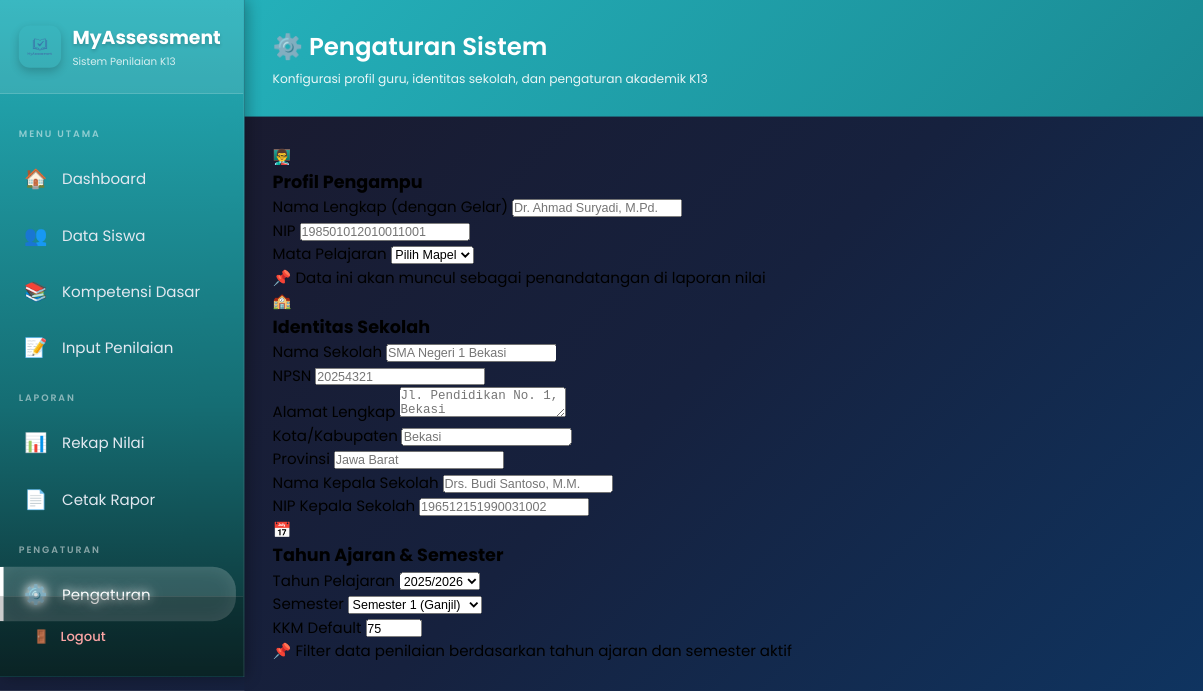
Repository: Ws529/MyAssassment_Final
Page: MyAssessment/wwwroot/pengaturan.html
An editor plug-in stored every save of this project. The page is shown before and after the next save, followed by the edit.
The browser window is 1280 px wide. The pictures show the whole page, at 94% of full size.

Above is the page before, as saved 2026-01-01 16:46:06.

### MyAssessment/wwwroot/pengaturan.html
<!DOCTYPE html>
<html lang="id">
<head>
    <meta charset="utf-8" />
    <meta name="viewport" content="width=device-width, initial-scale=1.0" />
    <title>Pengaturan - My Assessment K13</title>
    <link href="https://fonts.googleapis.com/css2?family=Poppins:wght@300;400;500;600;700&display=swap" rel="stylesheet">
    <style>
        * { margin: 0; padding: 0; box-sizing: border-box; }
        body { font-family: 'Poppins', sans-serif; background: linear-gradient(135deg, #1a1a2e 0%, #16213e 50%, #0f3460 100%); min-height: 100vh; }
        .app-container { display: flex; min-height: 100vh; }

        /* Sidebar - Deep Ocean Drive Theme */
        .sidebar { width: 260px; background: linear-gradient(180deg, #24b0ba 0%, #156d73 60%, #0d2c2e 100%); color: #e2e8f0; position: fixed; height: 100vh; overflow-y: auto; z-index: 100; border-right: 1px solid rgba(255, 255, 255, 0.1); box-shadow: 4px 0 15px rgba(0, 0, 0, 0.3); }
        .sidebar-header { padding: 25px 20px; display: flex; align-items: center; gap: 12px; border-bottom: 1px solid rgba(255,255,255,0.15); background: rgba(255,255,255,0.1); }
        .sidebar-header img { width: 45px; height: 45px; border-radius: 12px; box-shadow: 0 4px 10px rgba(0,0,0,0.2); }
        .sidebar-header h2 { font-size: 20px; font-weight: 700; color: #fff; text-shadow: 0 2px 4px rgba(0,0,0,0.2); }
        .sidebar-header span { font-size: 11px; color: rgba(255,255,255,0.8); display: block; margin-top: 2px; }
        .sidebar-menu { padding: 20px 0; }
        .menu-label { padding: 15px 20px 8px; font-size: 10px; text-transform: uppercase; color: rgba(255,255,255,0.5); letter-spacing: 2px; font-weight: 600; }
        .menu-item { display: flex; align-items: center; gap: 14px; padding: 14px 20px; color: #e2e8f0; text-decoration: none; transition: all 0.3s ease; border-left: 4px solid transparent; margin: 2px 8px 2px 0; border-radius: 0 25px 25px 0; }
        .menu-item:hover { background: rgba(255, 255, 255, 0.1); color: #ffffff; border-left-color: rgba(255, 255, 255, 0.5); }
        .menu-item.active { background: rgba(255, 255, 255, 0.15); border-left-color: #ffffff; color: #ffffff; text-shadow: 0 0 10px #ffffff, 0 0 20px rgba(255,255,255,0.5); box-shadow: inset 0 0 20px rgba(255,255,255,0.1); }
        .menu-item .icon { font-size: 20px; width: 28px; text-align: center; }
        .sidebar-footer { position: absolute; bottom: 0; width: 100%; padding: 20px; border-top: 1px solid rgba(255,255,255,0.1); background: rgba(0,0,0,0.2); }
        .logout-btn { display: flex; align-items: center; gap: 12px; color: #fca5a5; text-decoration: none; font-size: 14px; font-weight: 500; padding: 12px 15px; border-radius: 10px; transition: all 0.3s ease; }
        .logout-btn:hover { background: rgba(255,100,100,0.2); color: #ff8a8a; text-shadow: 0 0 10px rgba(255,100,100,0.5); }

        /* Main Content */
        .main-content { flex: 1; margin-left: 260px; min-height: 100vh; background: linear-gradient(135deg, #1a1a2e 0%, #16213e 50%, #0f3460 100%); }
        .top-header { background: linear-gradient(135deg, #24b0ba 0%, #1a8a93 100%); color: white; padding: 30px; }
        .page-title h1 { font-size: 26px; font-weight: 600; display: flex; align-items: center; gap: 12px; }
        .page-title p { font-size: 13px; opacity: 0.9; margin-top: 5px; }
        .content-area { padding: 30px; }
</style>
</head>
<body>
    <div class="app-container">
        <!-- Sidebar -->
        <aside class="sidebar">
            <div class="sidebar-header">
                <img src="assets/img/logo.png" alt="Logo">
                <div><h2>MyAssessment</h2><span>Sistem Penilaian K13</span></div>
            </div>
            <nav class="sidebar-menu">
                <div class="menu-label">Menu Utama</div>
                <a href="index.html" class="menu-item"><span class="icon">🏠</span><span>Dashboard</span></a>
                <a href="siswa.html" class="menu-item"><span class="icon">👥</span><span>Data Siswa</span></a>
                <a href="kompetensi.html" class="menu-item"><span class="icon">📚</span><span>Kompetensi Dasar</span></a>
                <a href="penilaian.html" class="menu-item"><span class="icon">📝</span><span>Input Penilaian</span></a>
                <div class="menu-label">Laporan</div>
                <a href="rekap.html" class="menu-item"><span class="icon">📊</span><span>Rekap Nilai</span></a>
                <a href="rapor.html" class="menu-item"><span class="icon">📄</span><span>Cetak Rapor</span></a>
                <div class="menu-label">Pengaturan</div>
                <a href="pengaturan.html" class="menu-item active"><span class="icon">⚙️</span><span>Pengaturan</span></a>
            </nav>
            <div class="sidebar-footer">
                <a href="login.html" class="logout-btn" onclick="logout()"><span>🚪</span><span>Logout</span></a>
            </div>
        </aside>

        <!-- Main Content -->
        <main class="main-content">
            <div class="top-header">
                <div class="page-title">
                    <h1>⚙️ Pengaturan Sistem</h1>
                    <p>Konfigurasi profil guru, identitas sekolah, dan pengaturan akademik K13</p>
                </div>
            </div>

            <div class="content-area">
                <!-- Message -->
                <div class="message" id="message"></div>

                <!-- Settings Grid -->
                <div class="settings-grid">
                    <!-- Card 1: Profil Pengampu -->
                    <div class="glass-card">
                        <div class="card-header">
                            <div class="card-icon">👨‍🏫</div>
                            <h3>Profil Pengampu</h3>
                        </div>
                        <div class="card-body">
                            <div class="form-group">
                                <label>Nama Lengkap (dengan Gelar)</label>
                                <input type="text" class="form-control" id="teacherName" placeholder="Dr. Ahmad Suryadi, M.Pd.">
                            </div>
                            <div class="form-row">
                                <div class="form-group">
                                    <label>NIP</label>
                                    <input type="text" class="form-control" id="teacherNIP" placeholder="198501012010011001">
                                </div>
                                <div class="form-group">
                                    <label>Mata Pelajaran</label>
                                    <select class="form-control" id="teacherMapel">
                                        <option value="">Pilih Mapel</option>
                                    </select>
                                </div>
                            </div>
                            <p class="hint">📌 Data ini akan muncul sebagai penandatangan di laporan nilai</p>
                        </div>
                    </div>

                    <!-- Card 2: Identitas Sekolah -->
                    <div class="glass-card">
                        <div class="card-header">
                            <div class="card-icon">🏫</div>
                            <h3>Identitas Sekolah</h3>
                        </div>
                        <div class="card-body">
                            <div class="form-row">
                                <div class="form-group">
                                    <label>Nama Sekolah</label>
                                    <input type="text" class="form-control" id="namaSekolah" placeholder="SMA Negeri 1 Bekasi">
                                </div>
                                <div class="form-group">
                                    <label>NPSN</label>
                                    <input type="text" class="form-control" id="npsn" placeholder="20254321">
                                </div>
                            </div>
                            <div class="form-group">
                                <label>Alamat Lengkap</label>
                                <textarea class="form-control" id="alamatSekolah" rows="2" placeholder="Jl. Pendidikan No. 1, Bekasi"></textarea>
                            </div>
                            <div class="form-row">
                                <div class="form-group">
                                    <label>Kota/Kabupaten</label>
                                    <input type="text" class="form-control" id="kotaSekolah" placeholder="Bekasi">
                                </div>
                                <div class="form-group">
                                    <label>Provinsi</label>
                                    <input type="text" class="form-control" id="provinsiSekolah" placeholder="Jawa Barat">
                                </div>
                            </div>
                            <div class="form-row">
                                <div class="form-group">
                                    <label>Nama Kepala Sekolah</label>
                                    <input type="text" class="form-control" id="kepalaSekolah" placeholder="Drs. Budi Santoso, M.M.">
                                </div>
                                <div class="form-group">
                                    <label>NIP Kepala Sekolah</label>
                                    <input type="text" class="form-control" id="nipKepalaSekolah" placeholder="196512151990031002">
                                </div>
                            </div>
                        </div>
                    </div>

                    <!-- Card 3: Tahun Ajaran & Semester -->
                    <div class="glass-card">
                        <div class="card-header">
                            <div class="card-icon">📅</div>
                            <h3>Tahun Ajaran & Semester</h3>
                        </div>
                        <div class="card-body">
                            <div class="form-row">
                                <div class="form-group">
                                    <label>Tahun Pelajaran</label>
                                    <select class="form-control" id="tahunAjaran">
                                        <option value="2024/2025">2024/2025</option>
                                        <option value="2025/2026" selected>2025/2026</option>
                                        <option value="2026/2027">2026/2027</option>
                                        <option value="2027/2028">2027/2028</option>
                                    </select>
                                </div>
                                <div class="form-group">
                                    <label>Semester</label>
                                    <select class="form-control" id="semester">
                                        <option value="1">Semester 1 (Ganjil)</option>
                                        <option value="2">Semester 2 (Genap)</option>
                                    </select>
                                </div>
                            </div>
                            <div class="form-group">
                                <label>KKM Default</label>
                                <input type="number" class="form-control" id="kkmDefault" value="75" min="0" max="100">
                            </div>
                            <p class="hint">📌 Filter data penilaian berdasarkan tahun ajaran dan semester aktif</p>
                        </div>
                    </div>

After the next save:
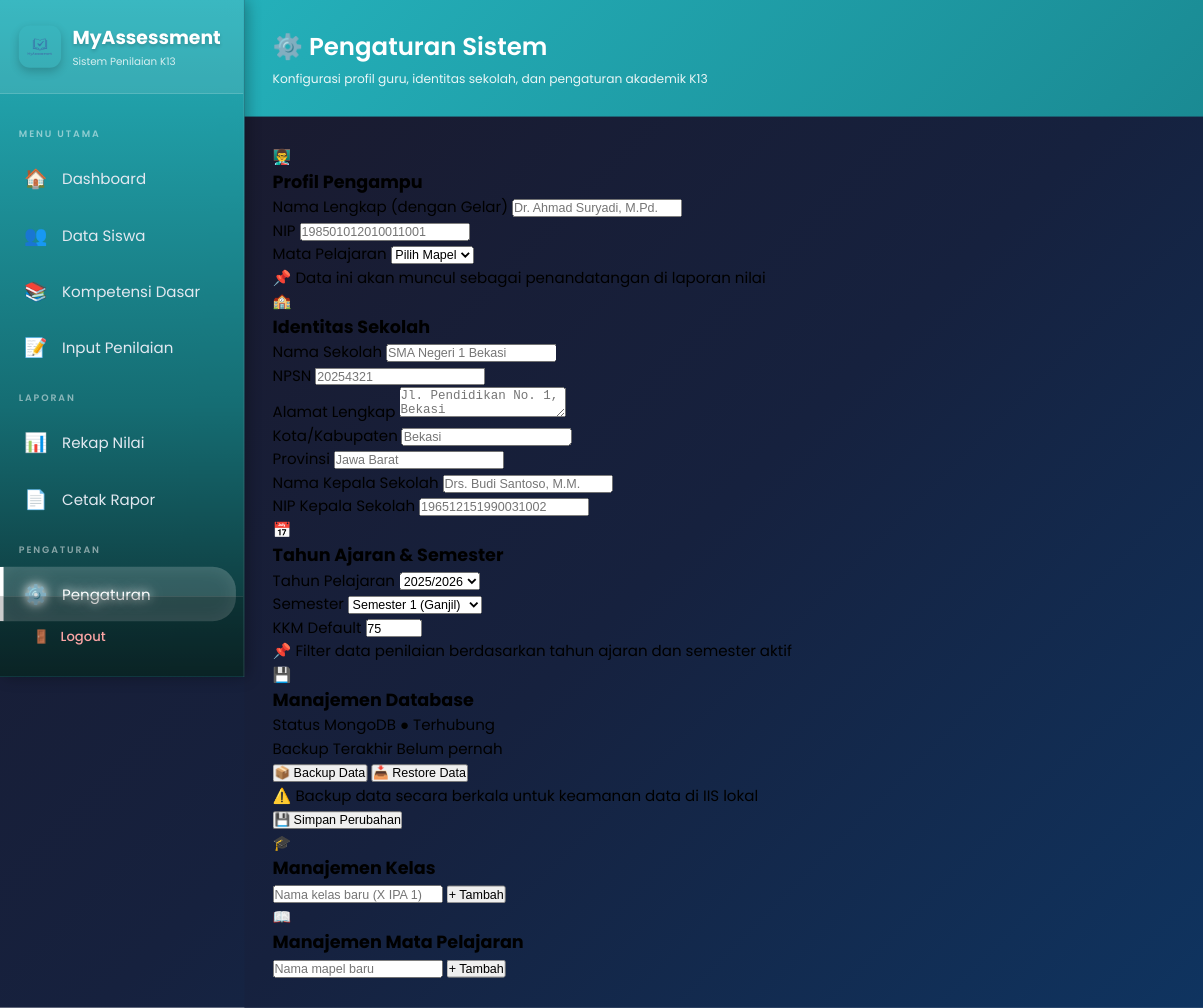
Saved 20 s later.
--- a/MyAssessment/wwwroot/pengaturan.html
+++ b/MyAssessment/wwwroot/pengaturan.html
@@ -177,3 +177,78 @@
                             <p class="hint">📌 Filter data penilaian berdasarkan tahun ajaran dan semester aktif</p>
                         </div>
                     </div>
+
+                    <!-- Card 4: Manajemen Database -->
+                    <div class="glass-card">
+                        <div class="card-header">
+                            <div class="card-icon">💾</div>
+                            <h3>Manajemen Database</h3>
+                        </div>
+                        <div class="card-body">
+                            <div class="db-stats">
+                                <div class="stat-item">
+                                    <span class="stat-label">Status MongoDB</span>
+                                    <span class="stat-value connected" id="dbStatus">● Terhubung</span>
+                                </div>
+                                <div class="stat-item">
+                                    <span class="stat-label">Backup Terakhir</span>
+                                    <span class="stat-value" id="lastBackup">Belum pernah</span>
+                                </div>
+                            </div>
+                            <div class="backup-actions">
+                                <button class="btn btn-backup" onclick="backupData()">
+                                    <span class="btn-icon">📦</span>
+                                    <span>Backup Data</span>
+                                </button>
+                                <button class="btn btn-restore" onclick="document.getElementById('restoreFile').click()">
+                                    <span class="btn-icon">📥</span>
+                                    <span>Restore Data</span>
+                                </button>
+                                <input type="file" id="restoreFile" accept=".json" style="display:none" onchange="restoreData(event)">
+                            </div>
+                            <p class="hint">⚠️ Backup data secara berkala untuk keamanan data di IIS lokal</p>
+                        </div>
+                    </div>
+                </div>
+
+                <!-- Save Button -->
+                <div class="save-section">
+                    <button class="btn-neon-save" onclick="saveSettings()">
+                        <span class="btn-glow"></span>
+                        <span class="btn-text">💾 Simpan Perubahan</span>
+                    </button>
+                </div>
+
+                <!-- Kelas & Mapel Management -->
+                <div class="management-section">
+                    <div class="glass-card half">
+                        <div class="card-header">
+                            <div class="card-icon">🎓</div>
+                            <h3>Manajemen Kelas</h3>
+                        </div>
+                        <div class="card-body">
+                            <div class="add-form">
+                                <input type="text" class="form-control" id="newKelas" placeholder="Nama kelas baru (X IPA 1)">
+                                <button class="btn btn-add" onclick="addKelas()">+ Tambah</button>
+                            </div>
+                            <div class="list-container" id="kelasList"></div>
+                        </div>
+                    </div>
+
+                    <div class="glass-card half">
+                        <div class="card-header">
+                            <div class="card-icon">📖</div>
+                            <h3>Manajemen Mata Pelajaran</h3>
+                        </div>
+                        <div class="card-body">
+                            <div class="add-form">
+                                <input type="text" class="form-control" id="newMapel" placeholder="Nama mapel baru">
+                                <button class="btn btn-add" onclick="addMapel()">+ Tambah</button>
+                            </div>
+                            <div class="list-container" id="mapelList"></div>
+                        </div>
+                    </div>
+                </div>
+            </div>
+        </main>
+    </div>
